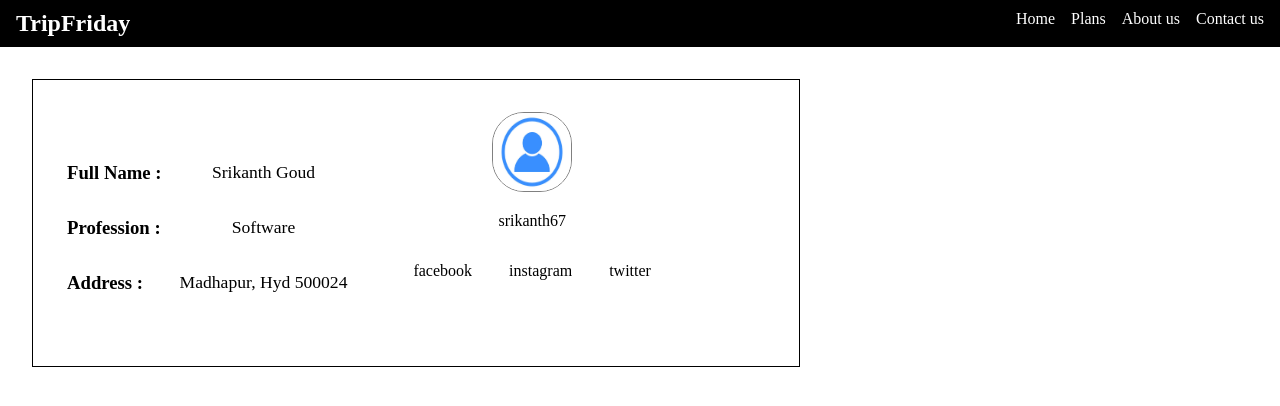
Repository: suraj-yadav7/userprofile
Page: /userdetails
The author's editor kept a copy of each file at every save. The page is drawn from the files as they stood at one save, then again after the next save.
The browser window is 1280 px wide. The pictures show the whole page.
The project was rebuilt for these pictures with package versions that can differ from the ones it lists, and the page was loaded fresh each time. Also part of the build but not shown: src/components/UserProfile.jsx.

Above is the page before, as saved 2023-05-04 14:43:50.

### src/App.js
import './App.scss';
import UserProfile from './components/UserProfile';
import UserDetails from './components/UserDetails';
import { BrowserRouter as Router, Routes, Route } from 'react-router-dom';
import Header from './components/Header';


function App() {
  return (
    <>
    <Router>
      <Header />
      <Routes>
        <Route exact path='/' element={<UserProfile/>} />
        <Route exact path='/userdetails' element={<UserDetails/> } />
      </Routes>
    </Router>
    </>
  );
}

export default App;

### src/App.scss
*{
padding: 0;
margin: 0;
box-sizing: border-box;
}
nav{
    display: flex;
    justify-content:space-between;
    padding: 10px 1rem;
    background-color: black;
    color: white;
    >div>ul{
        display: flex;
        list-style: none;
        gap: 1rem;
    }
}

### src/components/UserDetails.jsx
import React from 'react'
import "../assests/userDetails.scss"
import usericon from"../assests/usericon.jpg"

const UserDetails = () => {
  return (
  <>
 <div className='details'>
  <div className='sub1'>
<table>
  <tr>
    <td><h3>Full Name :  </h3></td>
    <td><p> Srikanth Goud</p> </td>
  </tr>
  <tr>
    <td><h3>Profession :  </h3></td>
    <td><p> Software </p> </td>
  </tr>
  <tr>
    <td><h3>Address :</h3></td>
    <td><p>Madhapur, Hyd 500024</p> </td>
  </tr>
</table>

  </div>
  <div className='sub2'>
    <img src={usericon} alt="userimage"></img>
    <p>srikanth67</p>
    <div className='socialMedia'>
      <p>facebook</p>
      <p>instagram</p>
      <p>twitter</p>
    </div>
  </div>
 </div>
  </>
  )
}

export default UserDetails

### src/components/Header.jsx
import React from 'react'

const Header = () => {
  return (
  <>
  <nav>
<h1>TripFriday</h1>
<div>
    <ul>
        <li>Home</li>
        <li>Plans</li>
        <li>About us</li>
        <li>Contact us</li>
    </ul>
</div>
</nav>
  </>
  )
}

export default Header

### src/assests/userProfile.scss
@import "./color.scss";

.userprofile{
    display: flex;
    gap: 2rem;
    height: 100vh;
}
.userList{
    >div{
        padding: 1rem;
        display: flex;
        text-align: center;
    }
}
.fetchList,p,button{
    padding: 30 px;
    margin: 1rem;
    text-align: center;

    >p{
        font: 400 1.1rem sans-serif;
    }
    >button{
        background-color:beige;
        border:1px solid grey;
        width: 6rem;
        height: 2rem;
        border-radius: 1rem;
    }
}

.hoverItem{
    margin:10rem 3rem;
}

### src/assests/userDetails.scss
@import "./color.scss";

.details{
    display: flex;
    gap: 2rem;
    border: 1px solid black;
    width: 60vw;
    height: 40vh;
    padding: 2rem;
    margin: 2rem 2rem;
    >.sub1{
        padding: 2rem 0;
        p{
            font-size: 1.1rem;
        }
    }

    >.sub2 {
        text-align: center;
    >img{
        width: 5rem;
        height: 5rem;
        border: 1px solid grey;
        border-radius: 2rem;
    }

    >div{
        margin: 1rem 0;
        display: flex;
        gap: 5px;
        align-items: center;
    }
}
}

### src/assests/color.scss
$primary-color: #0f171e;
$secondary-color: #1a242f;
$font-primary:#ffff;
$font-secondary: #79b8f3;

Loaded but not shown: public/index.html (common file); src/index.js (common file)

After the next save:
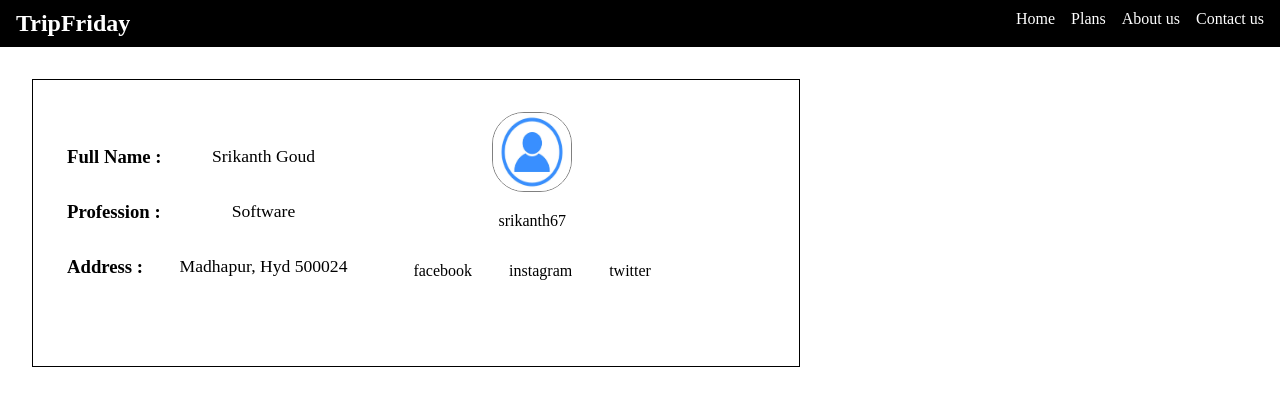
Saved 16 s later.
--- a/src/assests/userDetails.scss
+++ b/src/assests/userDetails.scss
@@ -9,7 +9,7 @@
     padding: 2rem;
     margin: 2rem 2rem;
     >.sub1{
-        padding: 2rem 0;
+        padding: 1rem 0;
         p{
             font-size: 1.1rem;
         }
